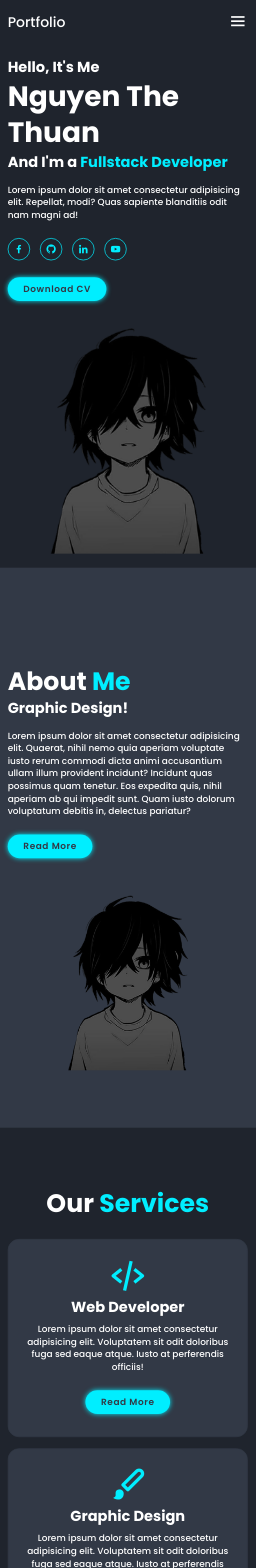
Repository: nguyenthethuan2004/portfolio
Page: index.html
An editor plug-in stored every save of this project. The page is shown before and after the next save, followed by the edit.
The browser window is 365 px wide. The pictures show the part of the page from y = 0 to 2240 px (the page is 5172 px tall), at 70% of full size.

Above is the page before, as saved 2023-10-03 19:30:40.
Console error: ReferenceError: navbar is not defined

After the next save:
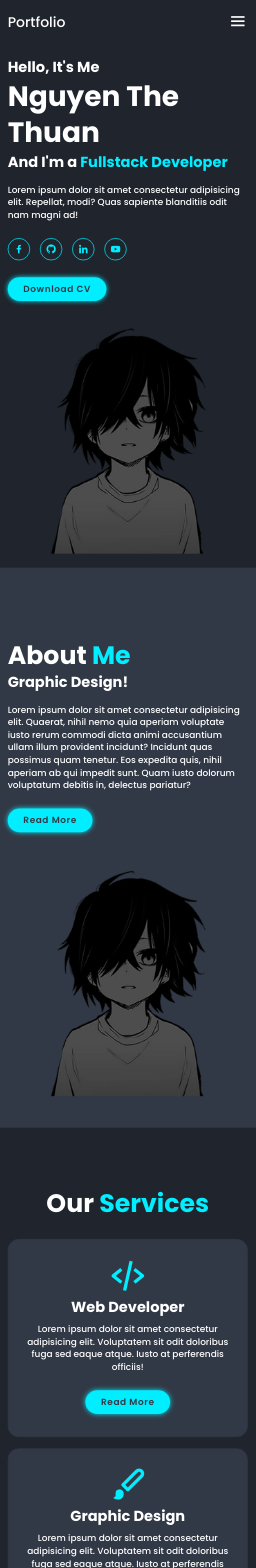
Saved 6 s later.
--- a/css/style.css
+++ b/css/style.css
@@ -492,5 +492,7 @@ span {
         width: 90vw;
     }
 
-    .about-img img
-}
+    .about-img img {
+        width: 90vw;
+    }
+}
